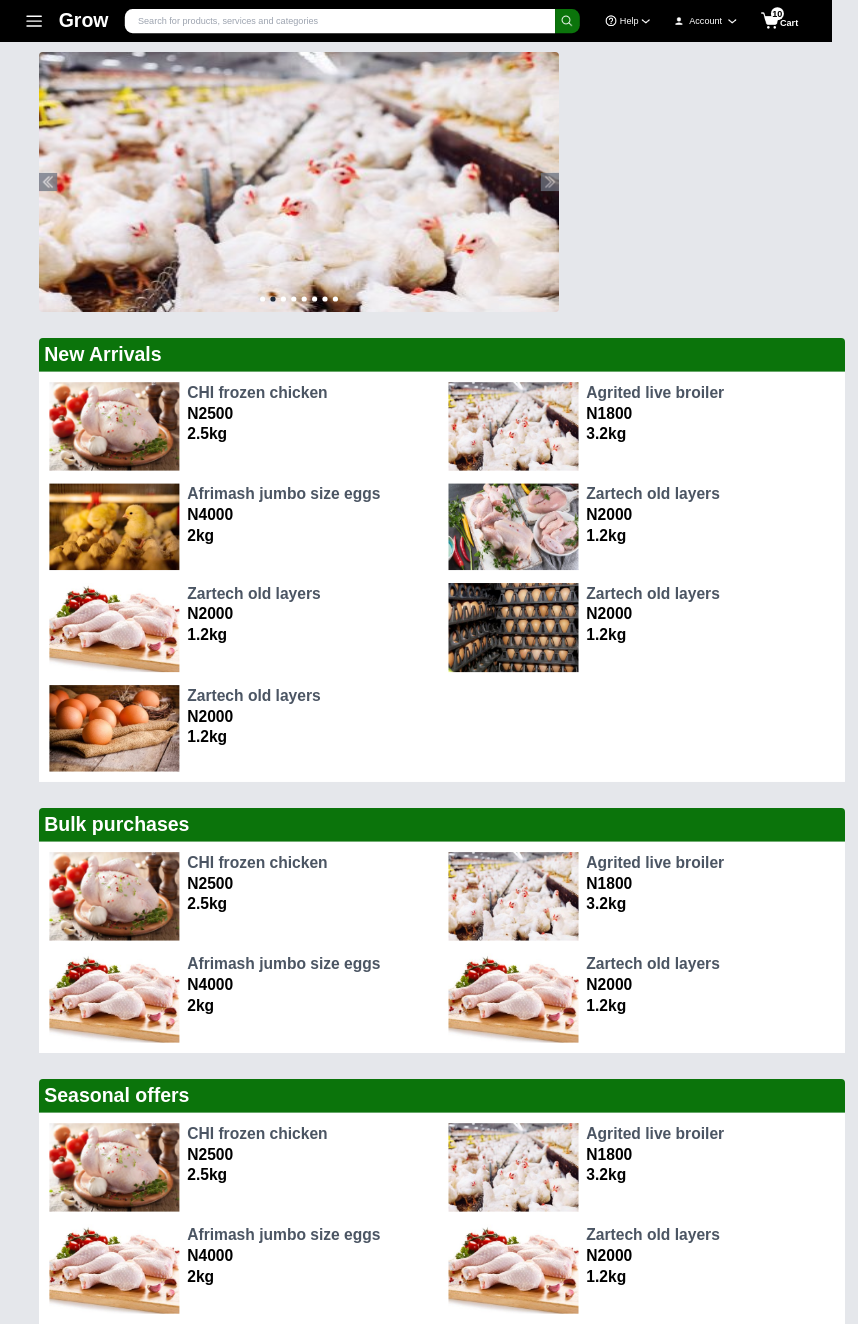
Repository: IssaMuiz/ifarmstock
Page: /
The author's editor kept a copy of each file at every save. The page is drawn from the files as they stood at one save, then again after the next save.
The browser window is 1280 px wide. The page is 1320 px wide, then 1280 px, so the pictures cover 1320 px, including what lies to the right of the window. The pictures show the whole page, at 65% of full size.
The project was rebuilt for these pictures with package versions that can differ from the ones it lists, and the page was loaded fresh each time. The framework's server and built-in components were replaced by stand-ins that run in the browser. Also part of the build but not shown: next.config.mjs.

Above is the page before, as saved 2024-08-31 05:40:38.

### app/layout.tsx
import "@/styles/globals.css";

export const metadata = {
  title: "Grow",
  description: "Livestock farming e-commerce application",
};

export default function RootLayout({
  children,
}: {
  children: React.ReactNode;
}) {
  return (
    <html lang="en">
      <body className="bg-gray-200 h-screen w-screen mx-10">
        <section>{children}</section>
      </body>
    </html>
  );
}

### app/page.tsx
"use client";

import ProductSlider from "@/components/productSlider";
import ClientLayout from "@/components/clientLayout";
import NewArrivalsCards from "@/components/newArrivalsCards";
import BulkPurchasesCards from "@/components/bulkPurchasesCards";
import SeasonalCards from "@/components/seasonalCards";

const Home = () => {
  return (
    <ClientLayout>
      <div className="pt-20 mx-5">
        <div>
          <ProductSlider />

          <div className="bgColor text w-full h-auto mt-10 text-3xl p-2 rounded-t-md font-semibold">
            New Arrivals
          </div>
          <NewArrivalsCards />
          <div className="bgColor text w-full h-auto mt-10 text-3xl p-2 rounded-t-md font-semibold">
            Bulk purchases
          </div>
          <BulkPurchasesCards />
          <div className="bgColor text w-full h-auto mt-10 text-3xl p-2 rounded-t-md font-semibold">
            Seasonal offers
          </div>
          <SeasonalCards />
        </div>
      </div>
    </ClientLayout>
  );
};

export default Home;

### styles/globals.css
@tailwind base;
@tailwind components;
@tailwind utilities;

.scrollbar {
  scrollbar-width: thin;
  scrollbar-color: gray #313131;
}

.bgColor {
  background-color: rgb(11, 116, 11);
}

.text {
  color: white;
}

body {
  font-family: Arial, Helvetica, sans-serif;
  font-size: 14px;
}

### components/productSlider.tsx
"use client";
import Image from "next/image";
import { useEffect, useState } from "react";

const ProductSlider = () => {
  const images = [
    "/assets/images/poultry-image1-slider.jpg",
    "/assets/images/poultry-image2-slider.jpg",
    "/assets/images/poultry-image3-slider.jpg",
    "/assets/images/poultry-image4-slider.jpg",
    "/assets/images/poultry-image5-slider.jpg",
    "/assets/images/poultry-image6-slider.jpg",
    "/assets/images/poultry-image7-slider.jpg",
    "/assets/images/catfish-image1-slider.jpg",
  ];

  const [index, setIndex] = useState(0);

  const handleSliceNext = () => {
    setIndex((index + 1) % images.length);
  };
  const handleSlicePrev = () => {
    setIndex((index - 1) % images.length);
  };

  const handleIndicatorClick = (i: number) => {
    setIndex(i);
  };

  useEffect(() => {
    const intervalId = setInterval(() => {
      handleSliceNext();
    }, 5000);
    return () => clearInterval(intervalId);
  }, [index]);
  return (
    <div className="relative w-[800px] overflow-hidden">
      <div
        className="flex transition-transform duration-500 ease-in-out"
        style={{ transform: `translateX(-${index * 100}%)` }}
      >
        {images.map((image, i) => (
          <div key={i} className="min-w-full">
            <Image
              className="h-[400px] rounded-md"
              src={image}
              alt={`Slide ${i + 1}`}
              width={800}
              height={200}
            />
          </div>
        ))}
      </div>
      <button
        type="button"
        onClick={handleSlicePrev}
        className="absolute left-0 top-1/2 tranform -translate-y-1/2 bg-gray-500 text-white px-1 py-1 opacity-75 hover:opacity-100 transition-opacity"
      >
        <Image
          className=""
          src="/assets/icons/arrow-left.png"
          alt="arrow-right-icon"
          width={20}
          height={20}
        />
      </button>
      <button
        type="button"
        onClick={handleSliceNext}
        className="absolute right-0 top-1/2 tranform -translate-y-1/2 bg-gray-500 text-white px-1 py-1 opacity-75 hover:opacity-100 transition-opacity"
      >
        <Image
          className=""
          src="/assets/icons/right-arrow.png"
          alt="arrow-right-icon"
          width={20}
          height={20}
        />
      </button>
      <div className="absolute bottom-4 left-0 right-0 flex justify-center space-x-2">
        {images.map((_, i) => (
          <button
            key={i}
            onClick={() => handleIndicatorClick(i)}
            className={`w-2 h-2 rounded-full ${
              index === i ? "bg-gray-800" : "bg-white"
            }`}
          />
        ))}
      </div>
    </div>
  );
};

export default ProductSlider;

### components/clientLayout.tsx
"use client";
import Navbar from "@/components/navbar";
import Sidenav from "@/components/sidenav";
import { useState, createContext } from "react";

export const SidebarContext = createContext({
  isOpen: false,
  toggleSidebar: () => {},
});

const ClientLayout = ({ children }: { children: React.ReactNode }) => {
  const [isOpen, setIsOpen] = useState(false);

  const toggleSidebar = () => {
    setIsOpen((prev) => !prev);
  };
  return (
    <SidebarContext.Provider value={{ isOpen, toggleSidebar }}>
      <Navbar />
      <Sidenav />
      <div
        className={`fixed inset-0 bg-black transition-opacity duration-300 ease-in-out z-10 ${
          isOpen
            ? "opacity-70 pointer-events-auto"
            : "opacity-0 pointer-events-none"
        }`}
        onClick={toggleSidebar}
      ></div>
      <section
        className={`relative z-0 transition-all duration-300 ease-in-out `}
      >
        {children}
      </section>
    </SidebarContext.Provider>
  );
};

export default ClientLayout;

### components/newArrivalsCards.tsx
import Image from "next/image";
import poultryProduct from "../models/newArrivalsCards.json";
const NewArrivalsCards = () => {
  return (
    <div className="bg-white h-auto p-4">
      <div className="grid grid-cols-2 gap-5">
        {poultryProduct.map((product, index) => (
          <div key={index} className="flex gap-3">
            <Image src={product.image} alt="poultry" width={200} height={200} />
            <div className="text-2xl font-semibold">
              <p className="text-gray-600">{product.name}</p>
              <p>N{product.Price}</p>
              <p>{product.weight}</p>
            </div>
          </div>
        ))}
      </div>
    </div>
  );
};

export default NewArrivalsCards;

### components/bulkPurchasesCards.tsx
import Image from "next/image";
import bulkPurchasesCards from "@/models/bulkPurchasesCards.json";
const BulkPurchasesCard = () => {
  return (
    <div className="bg-white h-auto p-4">
      <div className="grid grid-cols-2 gap-5">
        {bulkPurchasesCards.map((product, index) => (
          <div key={index} className="flex gap-3">
            <Image src={product.image} alt="poultry" width={200} height={200} />
            <div className="text-2xl font-semibold">
              <p className="text-gray-600">{product.name}</p>
              <p>N{product.Price}</p>
              <p>{product.weight}</p>
            </div>
          </div>
        ))}
      </div>
    </div>
  );
};

export default BulkPurchasesCard;

### components/seasonalCards.tsx
import Image from "next/image";
import seasonalCards from "@/models/seasonalCards.json";
const SeasonalCards = () => {
  return (
    <div className="bg-white h-auto p-4">
      <div className="grid grid-cols-2 gap-5">
        {seasonalCards.map((product, index) => (
          <div key={index} className="flex gap-3">
            <Image src={product.image} alt="poultry" width={200} height={200} />
            <div className="text-2xl font-semibold">
              <p className="text-gray-600">{product.name}</p>
              <p>N{product.Price}</p>
              <p>{product.weight}</p>
            </div>
          </div>
        ))}
      </div>
    </div>
  );
};

export default SeasonalCards;

### components/navbar.tsx
"use client";
import Image from "next/image";
import { useContext } from "react";
import { SidebarContext } from "./clientLayout";
const Navbar = () => {
  const { toggleSidebar } = useContext(SidebarContext);
  return (
    <nav className="fixed bg-black text w-full h-16 flex items-center justify-between top-0 left-0 right-0 px-10 z-10">
      <button onClick={toggleSidebar}>
        <svg
          className="fill-white hover:fill-[green] cursor-pointer"
          xmlns="http://www.w3.org/2000/svg"
          viewBox="0 0 50 50"
          width="25px"
          height="25px"
        >
          <path d="M 3 8 A 2.0002 2.0002 0 1 0 3 12 L 47 12 A 2.0002 2.0002 0 1 0 47 8 L 3 8 z M 3 23 A 2.0002 2.0002 0 1 0 3 27 L 47 27 A 2.0002 2.0002 0 1 0 47 23 L 3 23 z M 3 38 A 2.0002 2.0002 0 1 0 3 42 L 47 42 A 2.0002 2.0002 0 1 0 47 38 L 3 38 z" />
        </svg>
      </button>
      <div className="Leftnav text text-3xl font-semibold cursor-pointer ml-5">
        Grow
      </div>
      <div className="Middlenav flex flex-1 mx-5 max-w-[700px] items-center">
        <input
          className=" px-5 py-2 w-full rounded-l-xl text-black outline-none"
          type="text"
          placeholder="Search for products, services and categories"
        />
        <div className="h-[37px] w-10 bgColor pt-2 pl-2 rounded-r-xl cursor-pointer">
          <Image
            className=""
            src="/assets/icons/search.png"
            alt="search-icon"
            width={20}
            height={20}
          />
        </div>
      </div>
      <div className="Rightnav flex items-center justify-between gap-3">
        <div className="flex items-center gap-1 cursor-pointer rounded-md p-3 hover:bg-[green]">
          <Image
            src="/assets/icons/help.png"
            alt="help-icon"
            width={20}
            height={20}
          />
          <p className="">Help</p>
          <Image
            src="/assets/icons/arrow-down.png"
            alt="help-icon"
            width={15}
            height={15}
          />
        </div>
        <div className="flex items-center gap-2  cursor-pointer rounded-md p-3 hover:bg-[green]">
          <Image
            src="/assets/icons/account.png"
            alt="help-icon"
            width={15}
            height={15}
          />
          <p>Account</p>
          <Image
            src="/assets/icons/arrow-down.png"
            alt="help-icon"
            width={15}
            height={15}
          />
        </div>
        <div className="flex relative cursor-pointer p-3 hover:bg-[green] rounded-md">
          <Image
            src="/assets/icons/cart.png"
            alt="cart-icon"
            width={30}
            height={20}
          />
          <p className="bg-white h-5 w-5 rounded-full text-black absolute left-7 bottom-7 text-center font-semibold">
            10
          </p>
          <p className="font-semibold mt-2 ">Cart</p>
        </div>
      </div>
    </nav>
  );
};

export default Navbar;

### components/sidenav.tsx
"use client";
import Image from "next/image";
import Link from "next/link";
import { useState } from "react";
import { useContext } from "react";
import { SidebarContext } from "./clientLayout";
const Sidenav = () => {
  const [categories, setCategories] = useState([
    {
      id: "1",
      name: "Broiler",
      expanded: false,
      arrowIcon: "/assets/icons/arrow-icon--right.png",
      dropdownlink: [
        { name: "Day Old Chicks", link: "/" },
        { name: "Matured Broilers", link: "/" },
        { name: "Frozen Chicken", link: "/" },
      ],
    },
    {
      id: "2",
      name: "Layers",
      expanded: false,
      arrowIcon: "/assets/icons/arrow-icon--right.png",
      dropdownlink: [
        { name: "Pullet", link: "/" },
        { name: "Point Of Lay", link: "/" },
        { name: "Old Layers", link: "/" },
      ],
    },
    {
      id: "3",
      name: "Catfish",
      expanded: false,

      arrowIcon: "/assets/icons/arrow-icon--right.png",
      dropdownlink: [
        { name: "Fingerlings/Juvenile", link: "/" },
        { name: "Matured Catfish", link: "/" },
        { name: "Smoked Catfish", link: "/" },
      ],
    },
    {
      id: "4",
      name: "Poultry-Eggs",
      expanded: false,

      arrowIcon: "/assets/icons/arrow-icon--right.png",
      dropdownlink: [
        { name: "Jumbo-size", link: "/" },
        { name: "Small-size", link: "/" },
        { name: "packaged-eggs", link: "/" },
      ],
    },
  ]);

  const handleDropdown = (id: string) => {
    setCategories((prev) =>
      prev.map((category) =>
        category.id === id
          ? { ...category, expanded: !category.expanded }
          : category
      )
    );
  };

  const { isOpen } = useContext(SidebarContext);
  return (
    <nav
      className={`fixed overflow-x-hidden scrollbar h-screen overflow-scroll z-20 left-0 top-0 bottom-0 w-[300px] transform transition-transform duration-300  bg-gray-100 ${
        isOpen ? "translate-x-0" : "-translate-x-full"
      }`}
    >
      <div className="bgColor h-14 flex items-center text text-2xl pl-5 font-semibold gap-3">
        <Image
          src="/assets/icons/account.png"
          alt="profile-icon"
          height={25}
          width={25}
        />
        <p>Hello User</p>
      </div>
      <div className=" ">
        {categories.map((category) => (
          <div onClick={() => handleDropdown(category.id)} key={category.id}>
            <div className="text-lg flex justify-between items-center font-semibold hover:bg-gray-300 mt-5 p-2 cursor-pointer">
              <div>{category.name}</div>

              <Image
                className={`${
                  category.expanded &&
                  "rotate-90 duration-300 transition-transform"
                } h-4 w-4`}
                src={category.arrowIcon}
                alt="arrow-icon"
                width={3}
                height={3}
              />
            </div>

            <div>
              {category.expanded && (
                <div>
                  {category.dropdownlink.map((dropdown, index) => (
                    <div className="hover:bg-gray-300" key={index}>
                      <Link href={dropdown.link}>
                        <div className="p-3 text-md ">{dropdown.name}</div>
                      </Link>
                    </div>
                  ))}
                </div>
              )}
            </div>
          </div>
        ))}
      </div>
    </nav>
  );
};

export default Sidenav;

### models/newArrivalsCards.json
[
  {
    "image": "/assets/images/poultry-image1-slider.jpg",
    "name": "CHI frozen chicken",
    "Price": "2500",
    "weight": "2.5kg"
  },
  {
    "image": "/assets/images/poultry-image2-slider.jpg",
    "name": "Agrited live broiler",
    "Price": "1800",
    "weight": "3.2kg"
  },
  {
    "image": "/assets/images/poultry-image3-slider.jpg",
    "name": "Afrimash jumbo size eggs",
    "Price": "4000",
    "weight": "2kg"
  },
  {
    "image": "/assets/images/poultry-image4-slider.jpg",
    "name": "Zartech old layers",
    "Price": "2000",
    "weight": "1.2kg"
  },
  {
    "image": "/assets/images/poultry-image5-slider.jpg",
    "name": "Zartech old layers",
    "Price": "2000",
    "weight": "1.2kg"
  },
  {
    "image": "/assets/images/poultry-image7-slider.jpg",
    "name": "Zartech old layers",
    "Price": "2000",
    "weight": "1.2kg"
  },
  {
    "image": "/assets/images/poultry-image6-slider.jpg",
    "name": "Zartech old layers",
    "Price": "2000",
    "weight": "1.2kg"
  }
]

### models/bulkPurchasesCards.json
[
  {
    "image": "/assets/images/poultry-image1-slider.jpg",
    "name": "CHI frozen chicken",
    "Price": "2500",
    "weight": "2.5kg"
  },
  {
    "image": "/assets/images/poultry-image2-slider.jpg",
    "name": "Agrited live broiler",
    "Price": "1800",
    "weight": "3.2kg"
  },
  {
    "image": "/assets/images/poultry-image5-slider.jpg",
    "name": "Afrimash jumbo size eggs",
    "Price": "4000",
    "weight": "2kg"
  },
  {
    "image": "/assets/images/poultry-image5-slider.jpg",
    "name": "Zartech old layers",
    "Price": "2000",
    "weight": "1.2kg"
  }
]

### models/seasonalCards.json
[
  {
    "image": "/assets/images/poultry-image1-slider.jpg",
    "name": "CHI frozen chicken",
    "Price": "2500",
    "weight": "2.5kg"
  },
  {
    "image": "/assets/images/poultry-image2-slider.jpg",
    "name": "Agrited live broiler",
    "Price": "1800",
    "weight": "3.2kg"
  },
  {
    "image": "/assets/images/poultry-image5-slider.jpg",
    "name": "Afrimash jumbo size eggs",
    "Price": "4000",
    "weight": "2kg"
  },
  {
    "image": "/assets/images/poultry-image5-slider.jpg",
    "name": "Zartech old layers",
    "Price": "2000",
    "weight": "1.2kg"
  }
]

Loaded but not shown: tailwind.config.ts (common file)

After the next save:
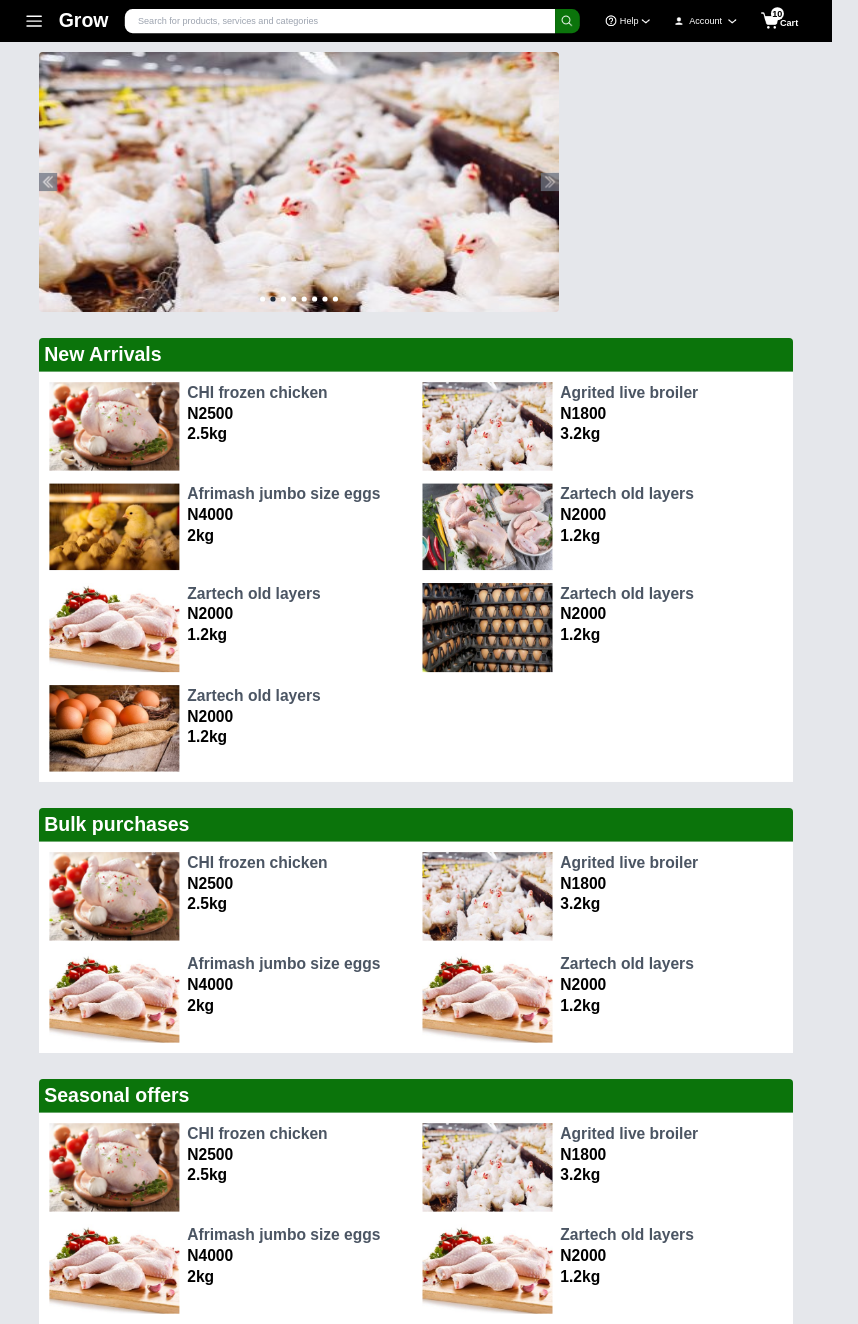
Saved 81 s later.
--- a/app/layout.tsx
+++ b/app/layout.tsx
@@ -12,7 +12,7 @@ export default function RootLayout({
 }) {
   return (
     <html lang="en">
-      <body className="bg-gray-200 h-screen w-screen mx-10">
+      <body className="bg-gray-200 h-screen w-auto mx-10">
         <section>{children}</section>
       </body>
     </html>
